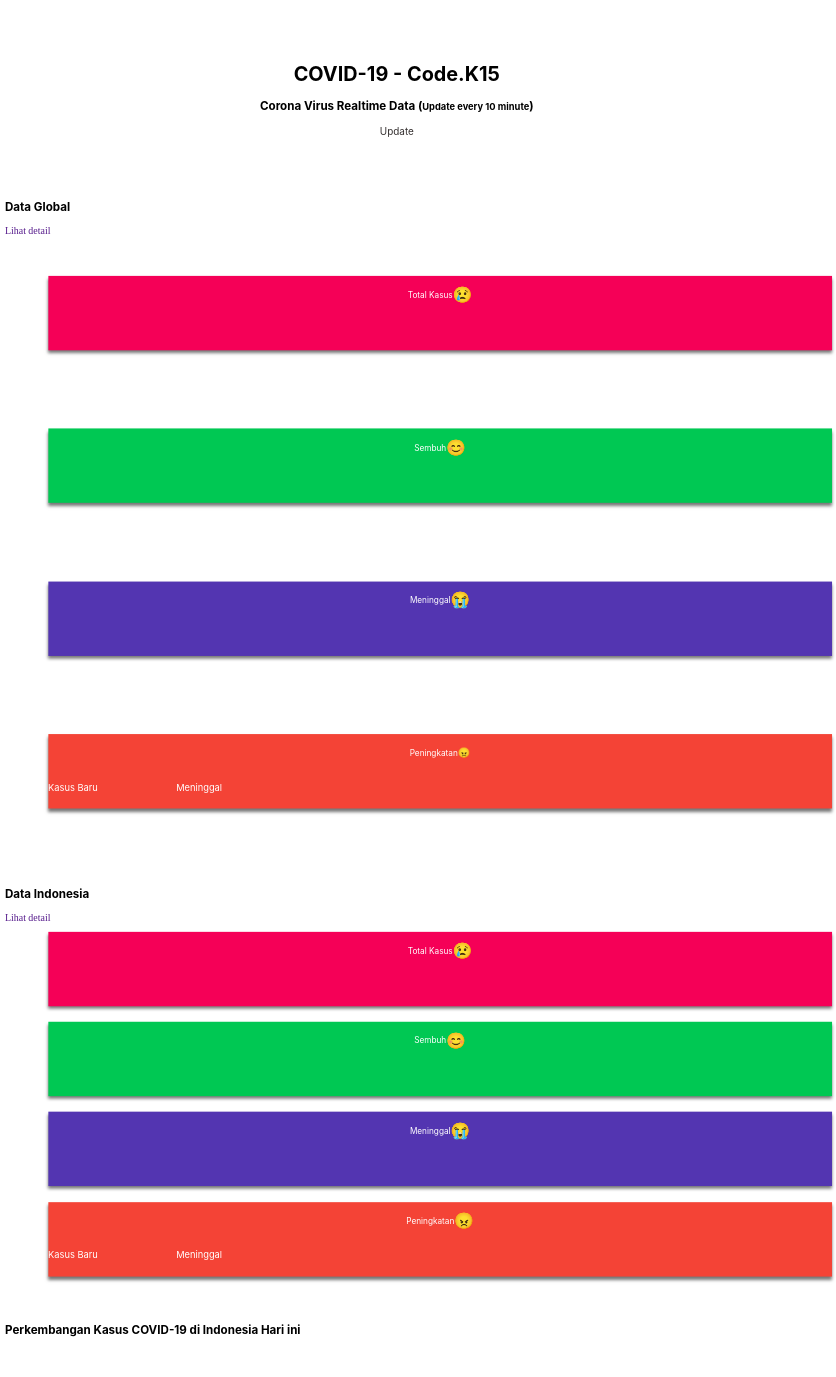
Repository: fathur15/covid19-monitoring
Page: http://localhost/covid19/apps/views/data/main/dashboard.php
The author's editor kept a copy of each file at every save. The page is drawn from the files as they stood at one save, then again after the next save.
The browser window is 1280 px wide. The page is 1348 px wide, so the pictures cover 1348 px, including what lies to the right of the window. The pictures show the whole page, at 62% of full size.
The page is run by PHP 8.4 with error messages shown; the project is at /var/www/html/.

Above is the page before, as saved 2020-04-17 11:46:12.

After the next save:
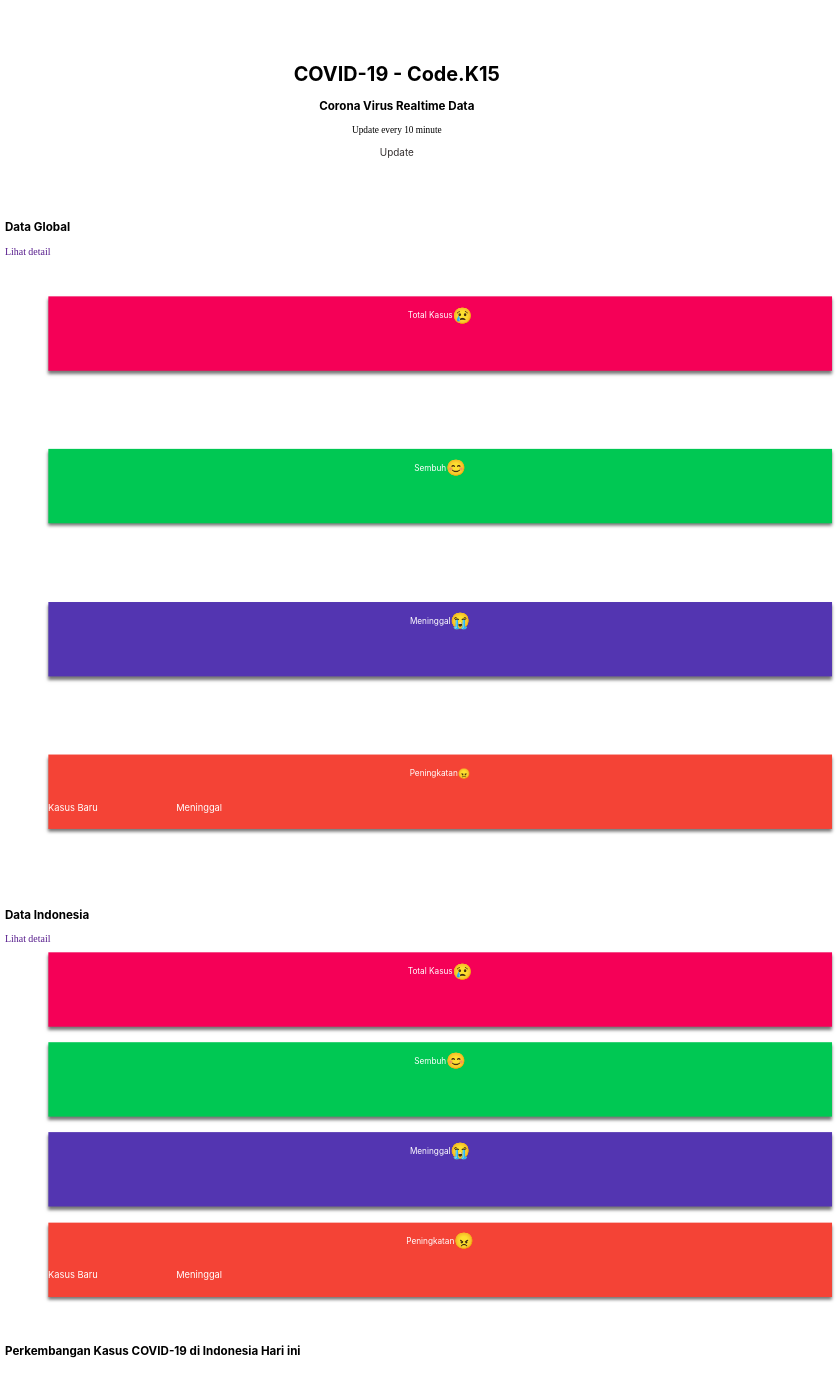
Saved 66 s later.
--- a/apps/views/data/main/dashboard.php
+++ b/apps/views/data/main/dashboard.php
@@ -35,7 +35,8 @@
 <div class="content">
     <div class="heading" style="margin: 100px 30%; text-align: center">
         <h1>COVID-19 - Code.K15</h1>
-        <h3>Corona Virus Realtime Data (<small style="font-size: 15px">Update every 10 minute</small>)</h3>
+        <h3>Corona Virus Realtime Data</h3>
+        <small style="font-size: 15px">Update every 10 minute</small>
         <p id="date-update" style="color: #353030;">Update</p>
     </div>
     <div class="main">
